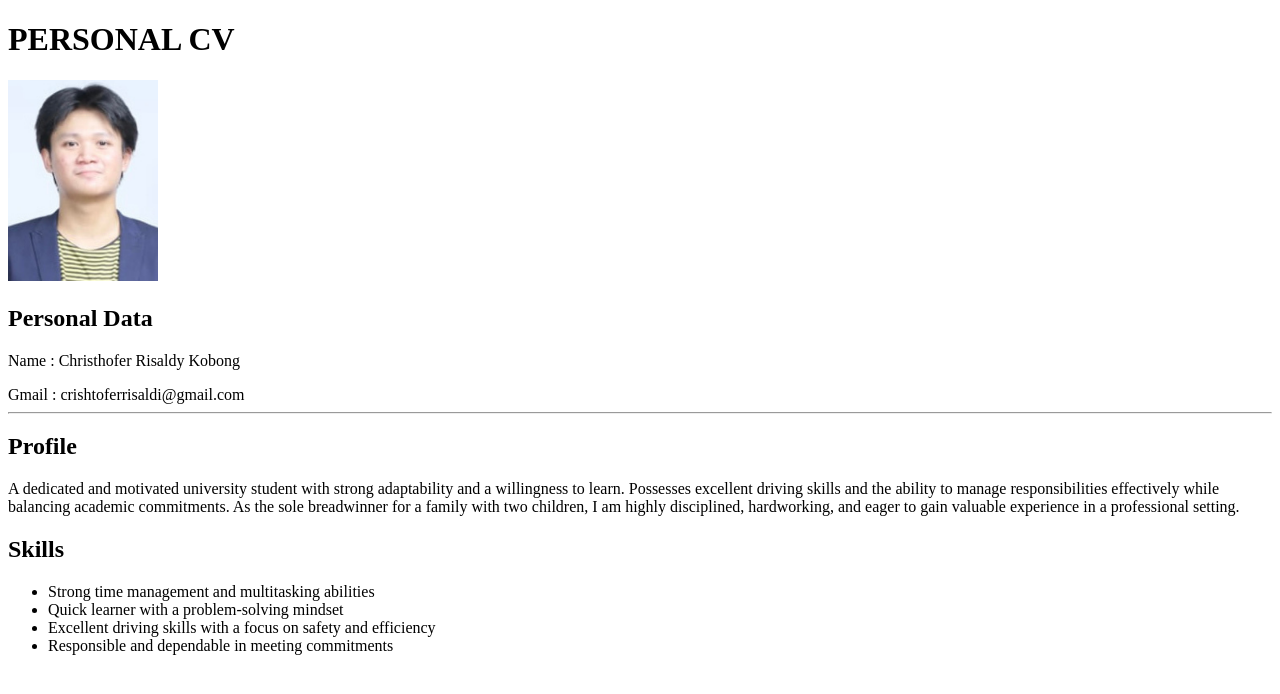
Repository: ChristhoferRisaldy/CVWeb
Page: web.html
An editor plug-in stored every save of this project. The page is shown before and after the next save, followed by the edit.
The browser window is 1280 px wide. The pictures show the whole page.

Above is the page before, as saved 2025-02-25 07:56:25.

### web.html
<!DOCTYPE html>
<html>
    <head>
        <meta name="viewport" content="width=device-width, inital-scale=1">
    </head>
    <body>
        <h1>PERSONAL CV</h1>
        <img src="1.png"
        width="150">

        <h2><b>Personal Data</b></h3>
        <p>
            Name : Christhofer Risaldy Kobong<br>
        </p>
        Gmail : crishtoferrisaldi@gmail.com<br>

        <hr>
        <h2>Profile</h2>
        <p>A dedicated and motivated university student with strong adaptability and a willingness to learn. Possesses excellent driving skills and the ability to manage responsibilities effectively while balancing academic commitments. As the sole breadwinner for a family with two children, I am highly disciplined, hardworking, and eager to gain valuable experience in a professional setting.
        </p>

        <h2>Skills</h2>
        <ul>
            <li>Strong time management and multitasking abilities</li>
            <li>Quick learner with a problem-solving mindset</li>
            <li>Excellent driving skills with a focus on safety and efficiency</li>
            <li>Responsible and dependable in meeting commitments</li>
        </ul>

</html>

After the next save:
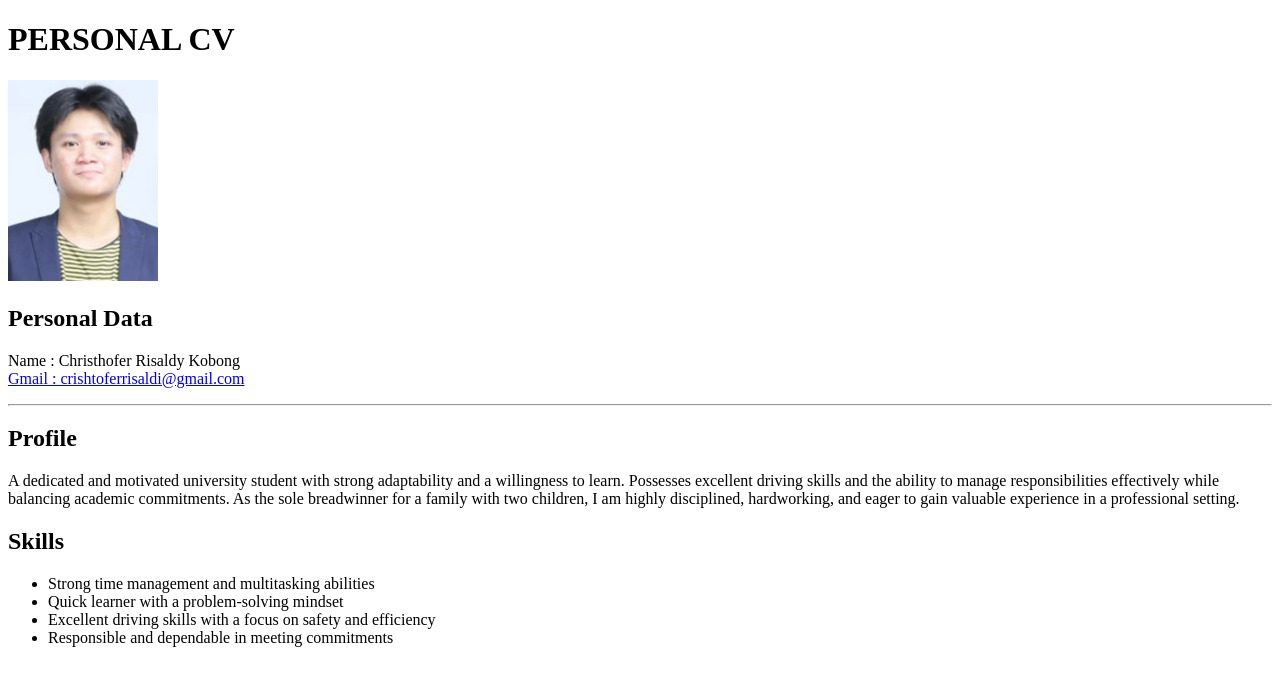
Saved 2 min 18 s later.
--- a/web.html
+++ b/web.html
@@ -11,8 +11,9 @@
         <h2><b>Personal Data</b></h3>
         <p>
             Name : Christhofer Risaldy Kobong<br>
+            <a href="crishtoferrisaldi@gmail.com">Gmail : crishtoferrisaldi@gmail.com</a><br>
         </p>
-        Gmail : crishtoferrisaldi@gmail.com<br>
+
 
         <hr>
         <h2>Profile</h2>
